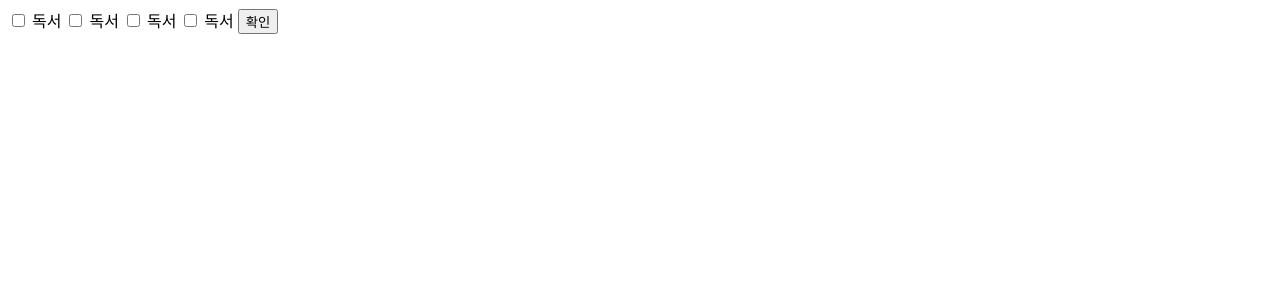
Repository: SniperDitto/save
Page: http://localhost/Boards0425/Test/02.jsp
An editor plug-in stored every save of this project. The page is shown before and after the next save, followed by the edit.
The browser window is 1280 px wide. The pictures show the whole page.
The page is served by Tomcat 9. Other server files are loaded and not shown.

Above is the page before, as saved 2022-04-25 01:20:47.

### 2022JAVA_YSH 1/JAVA/Web/Boards0425/WebContent/Test/02.jsp
<%@ page language="java" contentType="text/html; charset=UTF-8"
    pageEncoding="UTF-8"%>
<!DOCTYPE html>
<html>
<head>
<meta charset="UTF-8">
<title>Insert title here</title>
</head>
<body>
	<div>
		<input type="checkbox" name="hobby"/> 독서
		<input type="checkbox" name="hobby"/> 독서
		<input type="checkbox" name="hobby"/> 독서
		<input type="checkbox" name="hobby"/> 독서
		<input type="button" value="확인"/>
	</div>
</body>
</html>

After the next save:
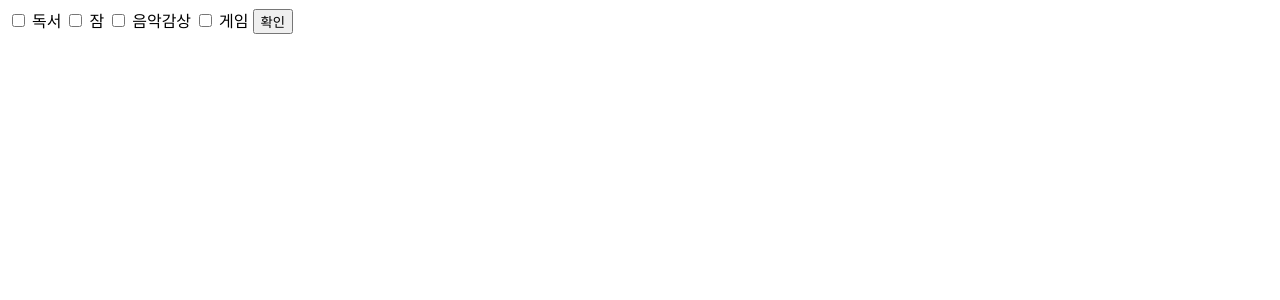
Saved 19 s later.
--- a/2022JAVA_YSH 1/JAVA/Web/Boards0425/WebContent/Test/02.jsp
+++ b/2022JAVA_YSH 1/JAVA/Web/Boards0425/WebContent/Test/02.jsp
@@ -9,9 +9,9 @@
 <body>
 	<div>
 		<input type="checkbox" name="hobby"/> 독서
-		<input type="checkbox" name="hobby"/> 독서
-		<input type="checkbox" name="hobby"/> 독서
-		<input type="checkbox" name="hobby"/> 독서
+		<input type="checkbox" name="hobby"/> 잠
+		<input type="checkbox" name="hobby"/> 음악감상
+		<input type="checkbox" name="hobby"/> 게임
 		<input type="button" value="확인"/>
 	</div>
 </body>
